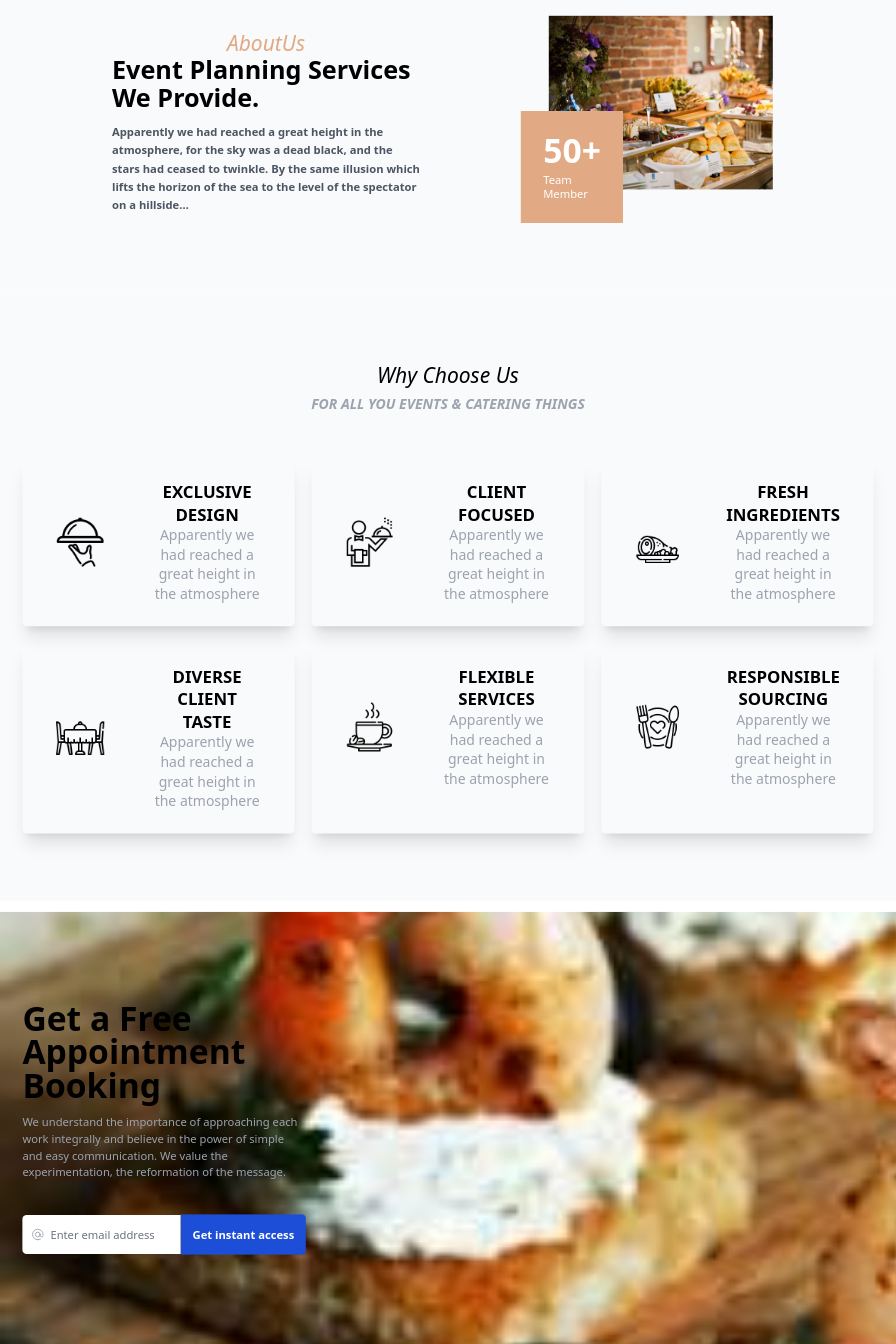
Repository: remydev47/grandes-events
Page: /
These files come from the project's save history. The page is drawn as it stood at one moment and after the next save; the edit follows.
The browser window is 1280 px wide. The pictures show the part of the page from y = 1882 to 3802 px (the page is 3802 px tall), at 70% of full size.
The project was rebuilt for these pictures with package versions that can differ from the ones it lists, and the page was loaded fresh each time. Also part of the build but not shown: vite.config.js, src/components/Team.jsx, src/components/Testimonials.jsx, src/components/Menu.jsx, src/components/Footer.jsx, src/components/Blog.jsx.

Above is the page before, as saved 2023-02-08 16:56:53.

After the next save:
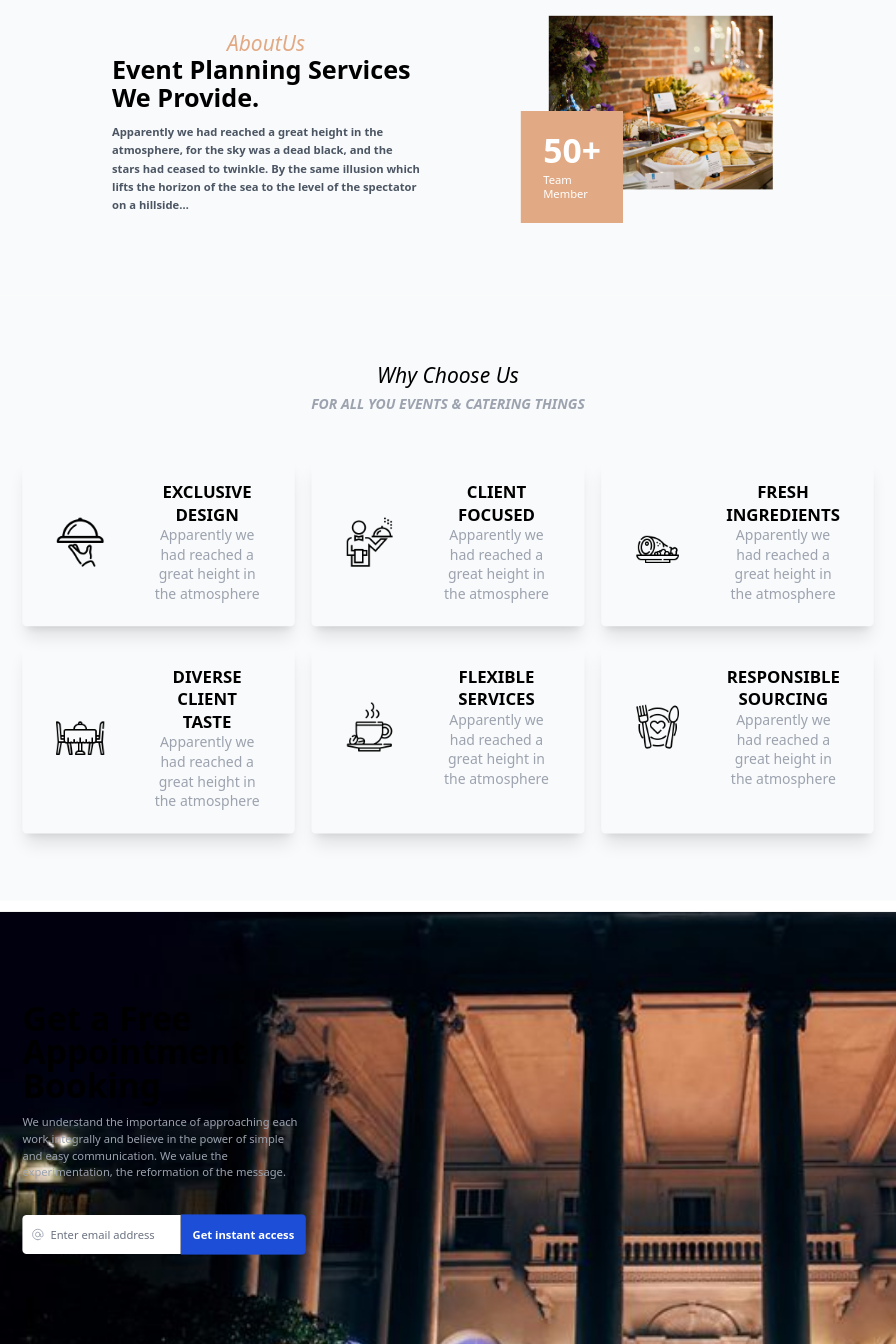
Saved 2 min 4 s later.
--- a/src/components/CTA.jsx
+++ b/src/components/CTA.jsx
@@ -1,11 +1,11 @@
 import React from 'react'
-import { blog5 } from '../assets'
+import { cta } from '../assets'
 
 const CTA = () => {
   return (
     <section className="mt-4 relative py-10 overflow-hidden  sm:py-16 lg:py-24 xl:py-32">
       <div className="absolute inset-0">
-        <img className="object-cover w-full h-full md:object-left md:scale-150 md:origin-top-left" src={blog5} alt="" />
+        <img className="object-cover w-full h-full md:object-left md:scale-150 md:origin-top-left" src={cta} alt="" />
       </div>
 
      <div className="relative px-4 mx-auto sm:px-6 lg:px-8 max-w-7xl">
--- a/src/assets/index.js
+++ b/src/assets/index.js
@@ -20,9 +20,10 @@ import blog3 from './3.png'
 import blog4 from './4.png'
 import blog5 from './5.jpg';
 import blog6 from './6.jpg'
-import blog7 from './7.jpg'
+import blog7 from './7.jpg';
+import cta from './service2.jpeg'
 
 export{
     menu, logo, close, hero, service1, service2, service3, menu1, meat,menu2,restaurant, romance,coffee, waiter1, waiter2, couple,
-    blog1, blog2, blog3, blog4, blog5, blog6, blog7
+    blog1, blog2, blog3, blog4, blog5, blog6, blog7, cta
 }
